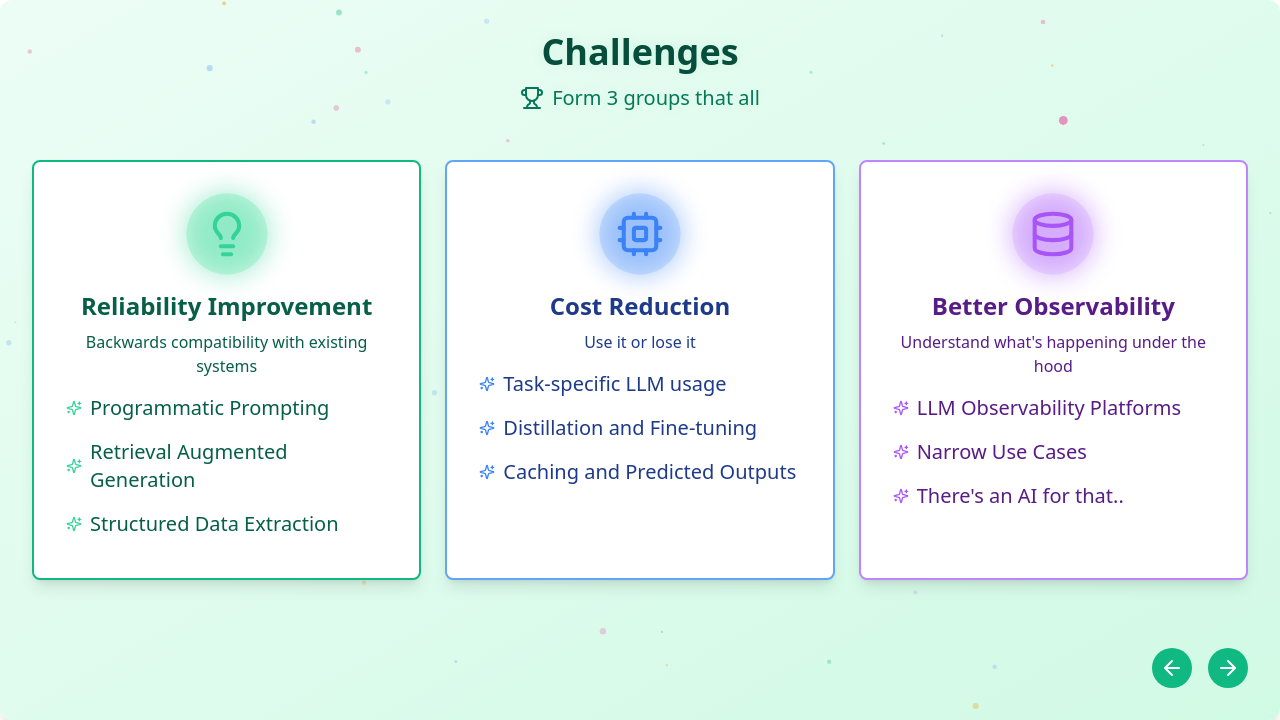
Repository: Galbaz1/dell_presentation
Page: /slide5
The author's editor kept a copy of each file at every save. The page is drawn from the files as they stood at one save, then again after a run of saves.
The browser window is 1280 px wide. The pictures show the whole page.
The project was rebuilt for these pictures with package versions that can differ from the ones it lists, and the page was loaded fresh each time. The framework's server and built-in components were replaced by stand-ins that run in the browser. Also part of the build but not shown: styles/animations/slide1.css, styles/animations/slide2.css.

Above is the page before, as saved 2024-11-13 13:03:55.

### pages/_app.tsx
import '../styles/globals.css'
import '../styles/animations/slide1.css'
import '../styles/animations/slide2.css'
import type { AppProps } from 'next/app'

function MyApp({ Component, pageProps }: AppProps) {
  return <Component {...pageProps} />
}

export default MyApp

### pages/slide5.tsx
import React, { useState, useEffect } from 'react';
import { ArrowRight, ArrowLeft, Lightbulb, Sparkles, Cpu, Database, Gauge, Zap, Trophy, ArrowUpCircle } from 'lucide-react';
import Link from 'next/link';
import { motion } from 'framer-motion';
import { useRouter } from 'next/router';

const Slide5: React.FC = () => {
  const router = useRouter();
  const [hoveredSolution, setHoveredSolution] = useState<number | null>(null);

  // Enhanced particles with different colors for firework effect
  const fireworkColors = [
    '#10B981', // emerald
    '#60A5FA', // blue
    '#F59E0B', // amber
    '#C084FC', // purple
    '#EC4899', // pink
  ];

  const particles = Array.from({ length: 60 }).map((_, i) => ({
    id: i,
    x: Math.random() * 100,
    y: Math.random() * 100,
    size: Math.random() * 4 + 2,
    duration: Math.random() * 20 + 10,
    delay: Math.random() * 5,
    color: fireworkColors[Math.floor(Math.random() * fireworkColors.length)]
  }));

  // Sparkle animation variants
  const sparkleVariants = {
    initial: { scale: 0, opacity: 0 },
    animate: (i: number) => ({
      scale: [0, 1, 0],
      opacity: [0, 1, 0],
      transition: {
        duration: 2,
        repeat: Infinity,
        delay: i * 0.1,
        ease: "easeInOut"
      }
    })
  };

  // Function to create sparkles around an element
  const SparkleEffect = ({ color }: { color: string }) => {
    return Array.from({ length: 8 }).map((_, i) => (
      <motion.div
        key={i}
        className="absolute w-2 h-2"
        style={{
          background: color,
          borderRadius: '50%',
          filter: 'blur(1px)',
          transform: `rotate(${i * 45}deg) translateX(30px)`
        }}
        variants={sparkleVariants}
        custom={i}
        initial="initial"
        animate="animate"
      />
    ));
  };

  const solutions = [
    {
      icon: <Lightbulb className="w-12 h-12" />,
      title: "Reliability Improvement",
      color: {
        border: "#10B981", // emerald-400
        bg: "#D1FAE5",     // emerald-100
        text: "#065F46",   // emerald-900
        glow: "#34D399"    // emerald-400
      },
      description: "Backwards compatibility with existing systems",
      items: [
        "Programmatic Prompting",
        "Retrieval Augmented Generation",
        "Structured Data Extraction"
      ]
    },
    {
      icon: <Cpu className="w-12 h-12" />,
      title: "Cost Reduction",
      color: {
        border: "#60A5FA", // blue-400
        bg: "#DBEAFE",     // blue-100
        text: "#1E3A8A",   // blue-900
        glow: "#3B82F6"    // blue-400
      },
      description: "Use it or lose it",

      items: [
        "Task-specific LLM usage",
        "Distillation and Fine-tuning",
        "Caching and Predicted Outputs"
      ]
    },
    {
      icon: <Database className="w-12 h-12" />,
      title: "Better Observability",
      color: {
        border: "#C084FC", // purple-400
        bg: "#F3E8FF",     // purple-100
        text: "#581C87",   // purple-900
        glow: "#A855F7"    // purple-400
      },
      description: "Understand what's happening under the hood",
      items: [
        "LLM Observability Platforms",
        "Narrow Use Cases",
        "There's an AI for that.."
      ]
    }
  ];

  const containerVariants = {
    hidden: { opacity: 0 },
    visible: {
      opacity: 1,
      transition: { staggerChildren: 0.3 }
    }
  };

  const cardVariants = {
    hidden: { y: 50, opacity: 0 },
    visible: (i: number) => ({
      y: 0,
      opacity: 1,
      transition: {
        delay: i * 0.2,
        type: "spring",
        stiffness: 100,
        damping: 15
      }
    }),
    hover: {
      y: -15,
      scale: 1.05,
      transition: {
        duration: 0.3,
        type: "spring",
        stiffness: 300
      }
    }
  };

  useEffect(() => {
    const handleKeyDown = (event: KeyboardEvent) => {
      switch (event.key) {
        case 'ArrowLeft':
          router.push('/slide4');
          break;
        case 'ArrowRight':
          router.push('/slide7');
          break;
      }
    };

    window.addEventListener('keydown', handleKeyDown);
    return () => window.removeEventListener('keydown', handleKeyDown);
  }, [router]);

  return (
    <div className="bg-gradient-to-br from-emerald-50 to-emerald-100 p-8 rounded-xl shadow-lg min-h-screen overflow-hidden relative">
      {/* Enhanced floating particles */}
      {particles.map((particle, i) => (
        <motion.div
          key={particle.id}
          className="absolute rounded-full"
          style={{
            width: particle.size,
            height: particle.size,
            left: `${particle.x}%`,
            top: `${particle.y}%`,
            background: particle.color,
            filter: 'blur(0.5px)'
          }}
          animate={{
            y: [0, -30, 0],
            x: [0, 15, 0],
            scale: [1, 1.5, 1],
            opacity: [0.2, 0.6, 0.2]
          }}
          transition={{
            duration: particle.duration,
            delay: particle.delay,
            repeat: Infinity,
            ease: "linear"
          }}
        />
      ))}

      {/* Header with uplifting animation */}
      <motion.div
        className="mb-12 text-center relative"
        animate={{
          textShadow: ["0 0 10px rgba(16, 185, 129, 0)", "0 0 20px rgba(16, 185, 129, 0.3)", "0 0 10px rgba(16, 185, 129, 0)"]
        }}
        transition={{ duration: 2, repeat: Infinity }}
      >
        <motion.div
          initial={{ y: -20, opacity: 0 }}
          animate={{ y: 0, opacity: 1 }}
          transition={{ duration: 0.8, type: "spring" }}
          className="flex items-center justify-center mb-3"
        >
          <h1 className="text-4xl font-bold text-emerald-900">Challenges</h1>
        </motion.div>
        <p className="text-xl text-emerald-700 flex items-center justify-center">
          <Trophy className="w-6 h-6 mr-2" />
          Form 3 groups that all
        </p>
      </motion.div>

      {/* Solutions Grid */}
      <motion.div
        className="max-w-7xl mx-auto grid grid-cols-1 md:grid-cols-3 gap-6 mb-12"
        variants={containerVariants}
        initial="hidden"
        animate="visible"
      >
        {solutions.map((solution, index) => (
          <motion.div
            key={solution.title}
            className="bg-white p-8 rounded-lg shadow-lg cursor-pointer transform transition-all duration-300 relative"
            style={{
              borderWidth: 2,
              borderStyle: 'solid',
              borderColor: solution.color.border,
              minHeight: '420px'
            }}
            variants={cardVariants}
            custom={index}
            whileHover="hover"
            onHoverStart={() => setHoveredSolution(index)}
            onHoverEnd={() => setHoveredSolution(null)}
          >
            {/* Add sparkle effects around the card when hovered */}
            {hoveredSolution === index && (
              <div className="absolute inset-0 -m-4">
                <SparkleEffect color={solution.color.glow} />
              </div>
            )}

            {/* Icon with animation */}
            <motion.div
              className="w-20 h-20 rounded-full flex items-center justify-center mb-4 mx-auto relative"
              style={{ backgroundColor: solution.color.bg }}
              animate={{
                rotate: hoveredSolution === index ? [0, 360] : 0,
                scale: [1, 1.1, 1]
              }}
              transition={{ duration: 3, repeat: Infinity }}
            >
              <motion.div
                className="absolute inset-0 rounded-full filter blur-md"
                style={{ backgroundColor: solution.color.glow }}
                animate={{
                  scale: [1, 1.2, 1],
                  opacity: [0.3, 0.6, 0.3]
                }}
                transition={{ duration: 2, repeat: Infinity }}
              />
              <div style={{ color: solution.color.glow }}>
                {solution.icon}
              </div>
            </motion.div>

            <h2 className="text-2xl font-bold text-center mb-2" style={{ color: solution.color.text }}>
              {solution.title}
            </h2>
            <p className="text-center mb-4" style={{ color: solution.color.text }}>
              {solution.description}
            </p>

            <ul className="space-y-4">
              {solution.items.map((item, i) => (
                <motion.li
                  key={i}
                  className="flex items-center relative text-xl"
                  style={{ color: solution.color.text }}
                  initial={{ x: -10, opacity: 0 }}
                  animate={{ x: 0, opacity: 1 }}
                  transition={{ delay: index * 0.2 + i * 0.1 }}
                >
                  <div className="relative">
                    <Sparkles
                      className="w-4 h-4 mr-2 flex-shrink-0"
                      style={{ color: solution.color.glow }}
                    />
                    {hoveredSolution === index && (
                      <motion.div
                        className="absolute -inset-1"
                        animate={{
                          scale: [1, 1.5, 1],
                          opacity: [0.5, 1, 0.5]
                        }}
                        transition={{
                          duration: 1.5,
                          repeat: Infinity,
                          delay: i * 0.2
                        }}
                      >
                        <Sparkles
                          className="w-4 h-4"
                          style={{ color: solution.color.glow }}
                        />
                      </motion.div>
                    )}
                  </div>
                  {item}
                </motion.li>
              ))}
            </ul>

            {/* Success indicator */}
            <motion.div
              className="absolute -right-2 -top-2 rounded-full p-2"
              style={{ backgroundColor: solution.color.glow }}
              initial={{ scale: 0 }}
              animate={{ scale: hoveredSolution === index ? 1 : 0 }}
              transition={{ type: "spring", stiffness: 500 }}
            >
              <Zap className="w-4 h-4 text-white" />
            </motion.div>
          </motion.div>
        ))}
      </motion.div>

      {/* Navigation */}
      <div className="absolute bottom-8 right-8 flex items-center space-x-4">
        <Link href="/slide4" className="bg-emerald-500 hover:bg-emerald-600 text-white p-2 rounded-full transition-colors">
          <ArrowLeft className="w-6 h-6" />
        </Link>
        <Link href="/slide7" className="bg-emerald-500 hover:bg-emerald-600 text-white p-2 rounded-full transition-colors">
          <ArrowRight className="w-6 h-6" />
        </Link>
      </div>
    </div>
  );
};

export default Slide5;

### styles/globals.css
@tailwind base;
@tailwind components;
@tailwind utilities;

@keyframes fallAndBounce {
  0% {
    transform: translateY(-100%) translateX(-50%);
  }
  70% {
    transform: translateY(140%) translateX(-50%);
  }
  75% {
    transform: translateY(130%) translateX(-50%);
  }
  80% {
    transform: translateY(135%) translateX(-50%);
  }
  85% {
    transform: translateY(128%) translateX(-50%);
  }
  90% {
    transform: translateY(132%) translateX(-50%);
  }
  100% {
    transform: translateY(0%) translateX(-50%);
  }
}

@keyframes developerFall {
  0%, 69% {
    transform: translateX(-50%) rotate(0deg);
  }
  100% {
    transform: translateX(100%) rotate(90deg);
  }
}

@keyframes pulsate {
  0% {
    transform: translateY(0%) translateX(-50%) scale(1);
  }
  8% {
    transform: translateY(0%) translateX(-50%) scale(1.15);
  }
  10% {
    transform: translateY(0%) translateX(-50%) scale(1.1);
  }
  18% {
    transform: translateY(0%) translateX(-50%) scale(1.35);
  }
  20% {
    transform: translateY(0%) translateX(-50%) scale(1.3);
  }
  28% {
    transform: translateY(0%) translateX(-50%) scale(1.55);
  }
  30% {
    transform: translateY(0%) translateX(-50%) scale(1.5);
  }
  38% {
    transform: translateY(0%) translateX(-50%) scale(1.75);
  }
  40% {
    transform: translateY(0%) translateX(-50%) scale(1.7);
  }
  48% {
    transform: translateY(0%) translateX(-50%) scale(1.95);
  }
  50% {
    transform: translateY(0%) translateX(-50%) scale(1.9);
  }
  100% {
    transform: translateY(0%) translateX(-50%) scale(2);
  }
}

@keyframes explodePiece {
  0% {
    transform: translate(0, 0) rotate(0);
    opacity: 1;
  }
  100% {
    transform: translate(var(--tx), 1000px) rotate(var(--tr));
    opacity: 0;
  }
}

.animate-fall-bounce {
  animation:
    fallAndBounce 3s cubic-bezier(0.4, 0, 0.2, 1) forwards,
    pulsate 8s cubic-bezier(0.4, 0, 0.2, 1) 5s forwards;
}

.animate-developer-fall {
  animation: developerFall 1.2s cubic-bezier(0.4, 0, 0.2, 1) forwards;
  animation-delay: 2.1s;
}

.explosion-piece {
  position: absolute;
  animation: explodePiece 2s cubic-bezier(0.4, 0, 0.2, 1) forwards;
  animation-delay: 16s; /* 5s wait + 8s growth + 3s wait */
}

### tailwind.config.js
/** @type {import('tailwindcss').Config} */
module.exports = {
  content: [
    "./pages/**/*.{js,ts,jsx,tsx}",
    "./components/**/*.{js,ts,jsx,tsx}",
    "./styles/**/*.css",
  ],
  theme: {
    extend: {},
  },
  plugins: [],
}

After the next 3 saves:
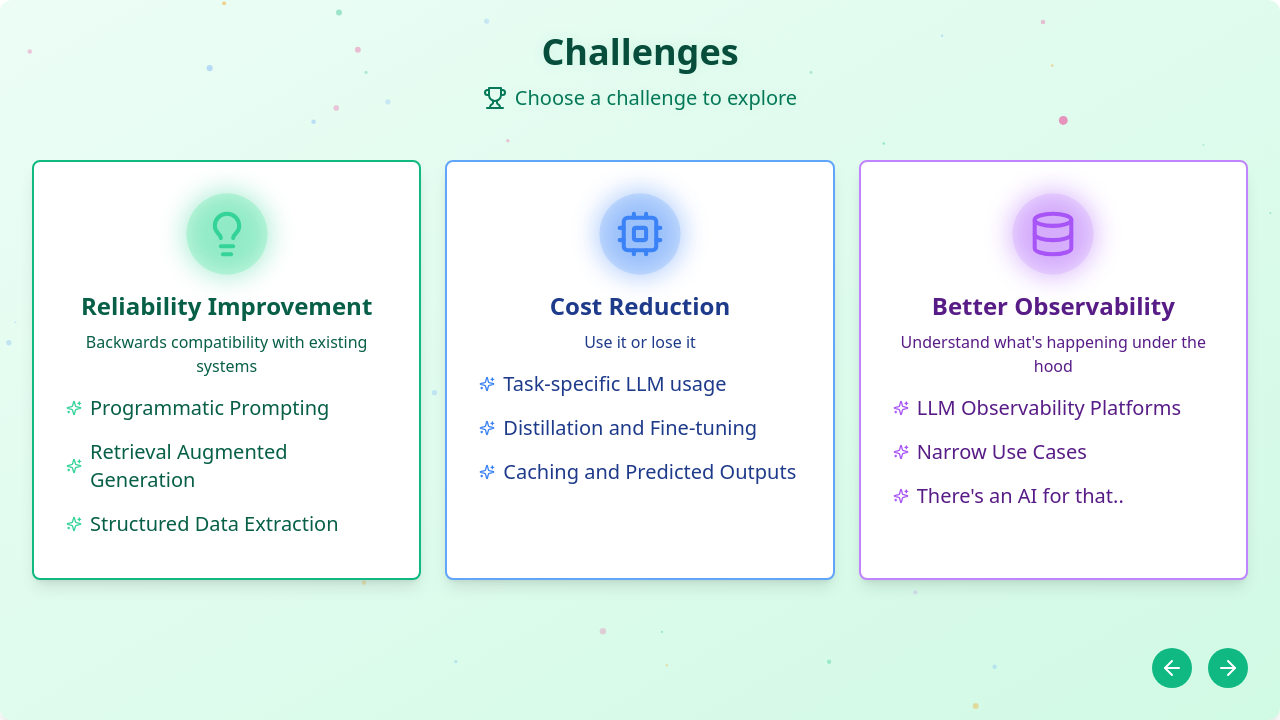
The 3 saves are shown as one change because they came seconds apart.
The last was saved 13 s later.
--- a/pages/slide5.tsx
+++ b/pages/slide5.tsx
@@ -209,7 +209,7 @@ const Slide5: React.FC = () => {
         </motion.div>
         <p className="text-xl text-emerald-700 flex items-center justify-center">
           <Trophy className="w-6 h-6 mr-2" />
-          Form 3 groups that all
+          Choose a challenge to explore
         </p>
       </motion.div>
 
